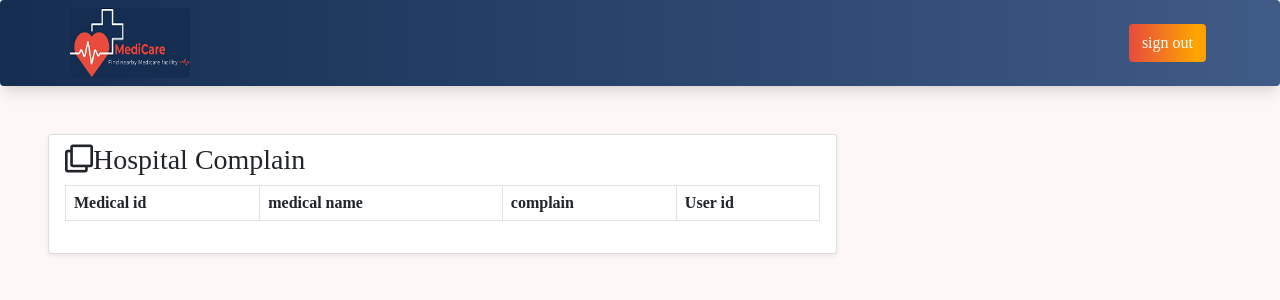
Repository: TanviRathore/Online-medicare-backend
Page: http://localhost/Medicare/showUserCom.jsp
An editor plug-in stored every save of this project. The page is shown before and after the next save, followed by the edit.
The browser window is 1280 px wide. The pictures show the whole page.
Some web libraries are served in a nearby version. The page is served by Tomcat 9. Queries for data that is not in the repository find no rows.

Above is the page before, as saved 2022-04-28 09:29:19.

After the next save:
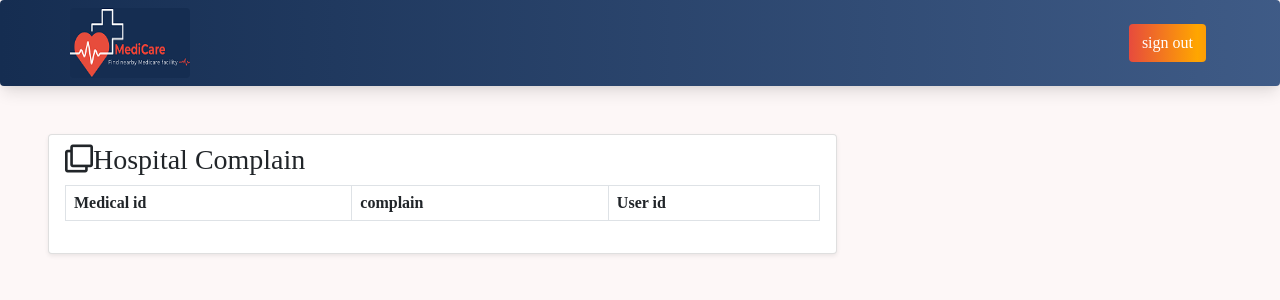
Saved 36 s later.
--- a/Medicare/WebContent/showUserCom.jsp
+++ b/Medicare/WebContent/showUserCom.jsp
@@ -51,7 +51,7 @@
             <table class="table table-bordered">
 
               <tr>
-              <th>Medical id</th><th> medical name</th><th> complain</th><th>User id</tr>
+              <th>Medical id</th><th> complain</th><th>User id</tr>
 
               <tr>
 
